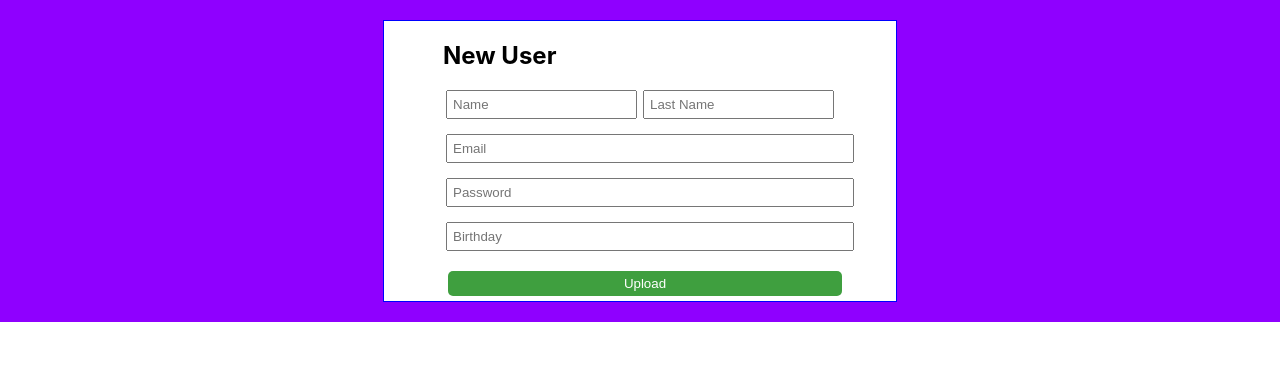
Repository: RobertAries28/CrudUsuarios
Page: /
These files come from the project's save history. The page is drawn as it stood at one moment and after the next save; the edit follows.
The browser window is 1280 px wide. The pictures show the whole page.
The page's requests for data from a server got no answer. The project was rebuilt for these pictures with package versions that can differ from the ones it lists, and the page was loaded fresh each time. No one was signed in, and anything a server would have sent is missing.

Above is the page before, as saved 2022-05-23 19:19:20.

After the next save:
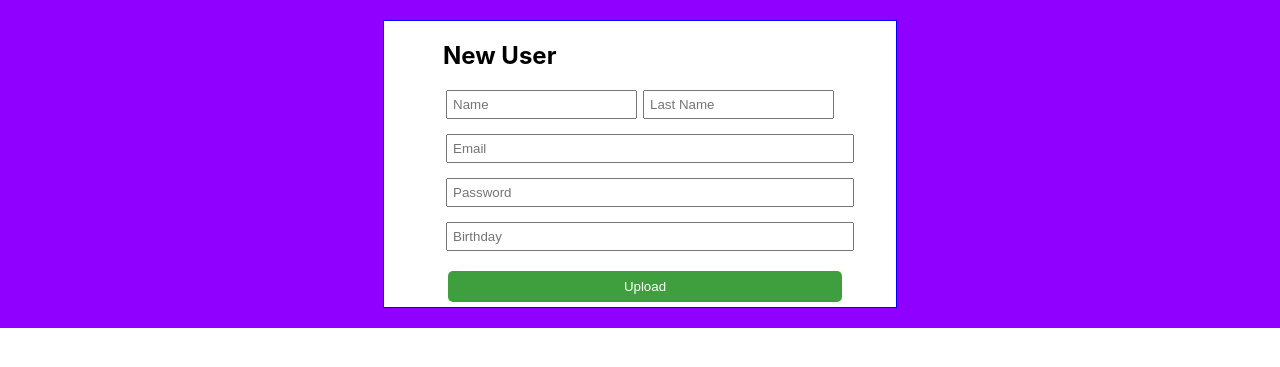
Saved 14 s later.
--- a/src/App.css
+++ b/src/App.css
@@ -46,7 +46,7 @@ margin: 0 3px;
 .buttonDate{
   width: 100%;
   margin: 5px;
-  padding: 5px;
+  padding: 8px;
   background: #3f9f3f;
   border: none;
   border-radius: 5px;
